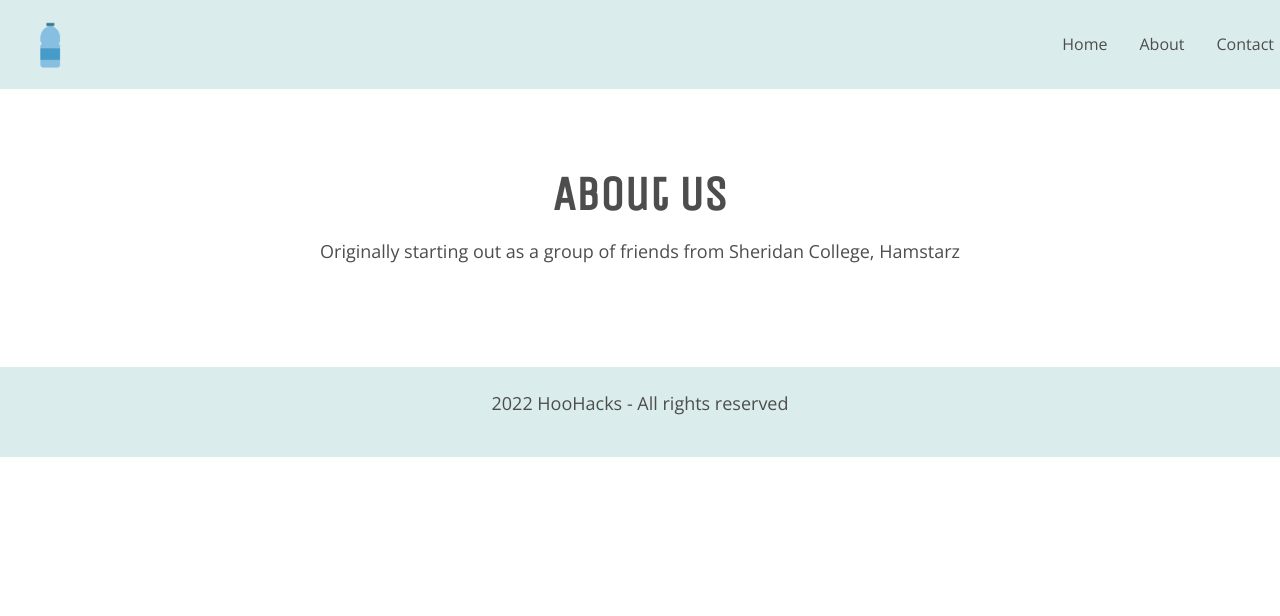
Repository: jennyjjung/H2ODaily
Page: about.html
These files come from the project's save history. The page is drawn as it stood at one moment and after the next save; the edit follows.
The browser window is 1280 px wide. The pictures show the whole page.

Above is the page before, as saved 2022-03-26 19:46:49.

After the next save:
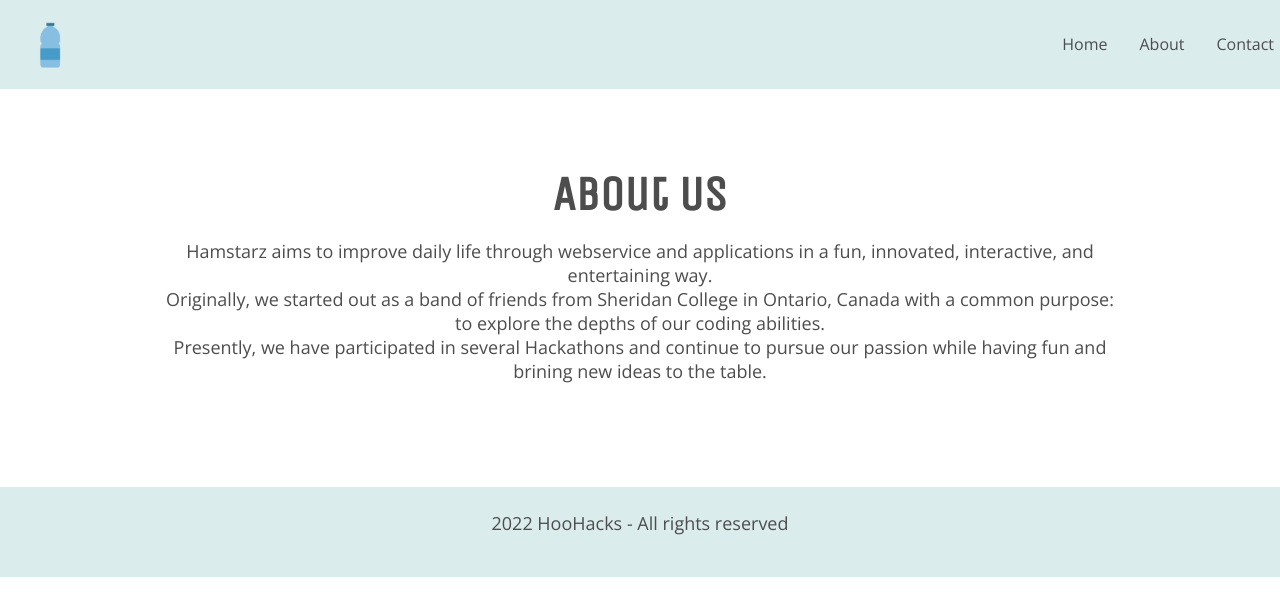
Saved 2 min 54 s later.
--- a/about.html
+++ b/about.html
@@ -27,7 +27,7 @@
     <h1>About Us</h1>
     <div class="about__content">
       <p>
-        Originally starting out as a group of friends from Sheridan College, Hamstarz
+        Hamstarz aims to improve daily life through webservice and applications in a fun, innovated, interactive, and entertaining way. <br>Originally, we started out as a band of friends from Sheridan College in Ontario, Canada with a common purpose: to explore the depths of our coding abilities. <br>Presently, we have participated in several Hackathons and continue to pursue our passion while having fun and brining new ideas to the table.
       </p>
     </div>
   </section>
